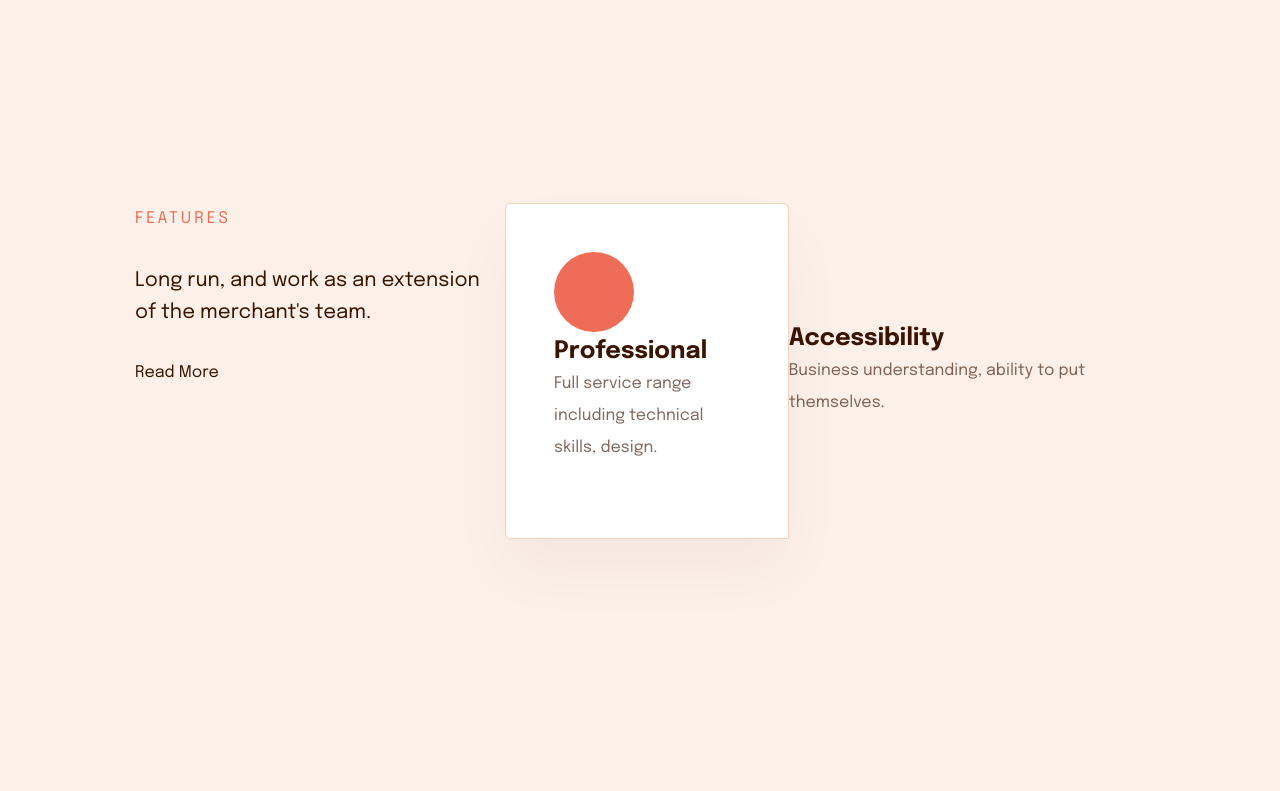
Repository: kubrazamanova/Project-7
Page: index.html
The author's editor kept a copy of each file at every save. The page is drawn from the files as they stood at one save, then again after the next save.
The browser window is 1280 px wide. The pictures show the whole page.

Above is the page before, as saved 2023-09-23 10:35:04.

### index.html
<!DOCTYPE html>
<html lang="en">
  <head>
    <meta charset="UTF-8" />
    <meta name="viewport" content="width=device-width, initial-scale=1.0" />
    <link rel="stylesheet" href="index.css" />
    <title>Document</title>
  </head>
  <body>
    <div class="container">
      <div class="box">
        <h1>Features</h1>
        <p>Long run, and work as an extension of the merchant's team.</p>
        <a href="#">Read More</a>
      </div>

      <ul>
        <li class="white-box">

            <svg
              xmlns="http://www.w3.org/2000/svg"
              width="80"
              height="80"
              viewBox="0 0 80 80"
              fill="none"
            >
              <circle cx="40" cy="40" r="40" fill="#EF6C57" />
            </svg>
            <h2>Professional</h2>
            <span>Full service range including technical skills, design.</span>

        </li>
        <li>

            <h2>Accessibility</h2>
            <span>Business understanding, ability to put themselves.</span>

        </li>
      </ul>
    </div>
  </body>
</html>

### index.css
@import url("https://fonts.googleapis.com/css2?family=Epilogue:wght@400;700&display=swap");
* {
  margin: 0;
  padding: 0;
  box-sizing: border-box;
}

.container {
  padding: 203px 182px 252px 135px;
  background: #fdf0e9;
  min-height: 100vh;
  display: flex;
}

.container .box h1 {
  margin-bottom: 30px;
  color: var(--Text_Dark_Accent, #ef6d58);
  font-feature-settings: "clig" off, "liga" off;
  font-family: Epilogue;
  font-size: 16px;
  font-style: normal;
  font-weight: 400;
  line-height: 32px;
  letter-spacing: 3px;
  text-transform: uppercase;
}

.container .box p {
  width: 370px;
  color: var(--Text_Dark, #391400);
  font-feature-settings: "clig" off, "liga" off;
  font-family: Epilogue;
  font-size: 20px;
  font-style: normal;
  font-weight: 400;
  line-height: 32px;
}

.container .box a {
  margin-top: 28px;
  display: block;
  color: var(--Text_Dark, #391400);
  font-feature-settings: "clig" off, "liga" off;
  font-family: Epilogue;
  font-size: 16px;
  font-style: normal;
  font-weight: 400;
  line-height: 32px;
  text-decoration: none;
}
ul {
  /* padding: 0 134px; */
  display: flex;
  align-items: center;
}

ul li {
  list-style-type: none;
}
.container li h2 {
  color: var(--Text_Dark, #391400);
  font-feature-settings: "clig" off, "liga" off;
  font-family: Epilogue;
  font-size: 24px;
  font-style: normal;
  font-weight: 700;
  line-height: 32px;
}

.container li span {
  width: 240px;
  color: var(--Text_Dark_Gray, rgba(57, 20, 0, 0.64));
  font-feature-settings: "clig" off, "liga" off;
  font-family: Epilogue;
  font-size: 16px;
  font-style: normal;
  font-weight: 400;
  line-height: 32px;
}



.white-box {
  width: 336px;
  height: 336px;
  padding: 48px 48px 46px 48px;
  background-color: white;
  width: 336px;
  height: 336px;
  border-radius: 6px 6px 0px 6px;
  border: 1px solid #f3d1bf;
  box-shadow: 0px 32px 64px 0px rgba(57, 20, 0, 0.04);
}

.white-box .box-3 h2 {
  margin-top: 41px;
}

.white-box .box-3 span {
  margin-top: 19px;
}

After the next save:
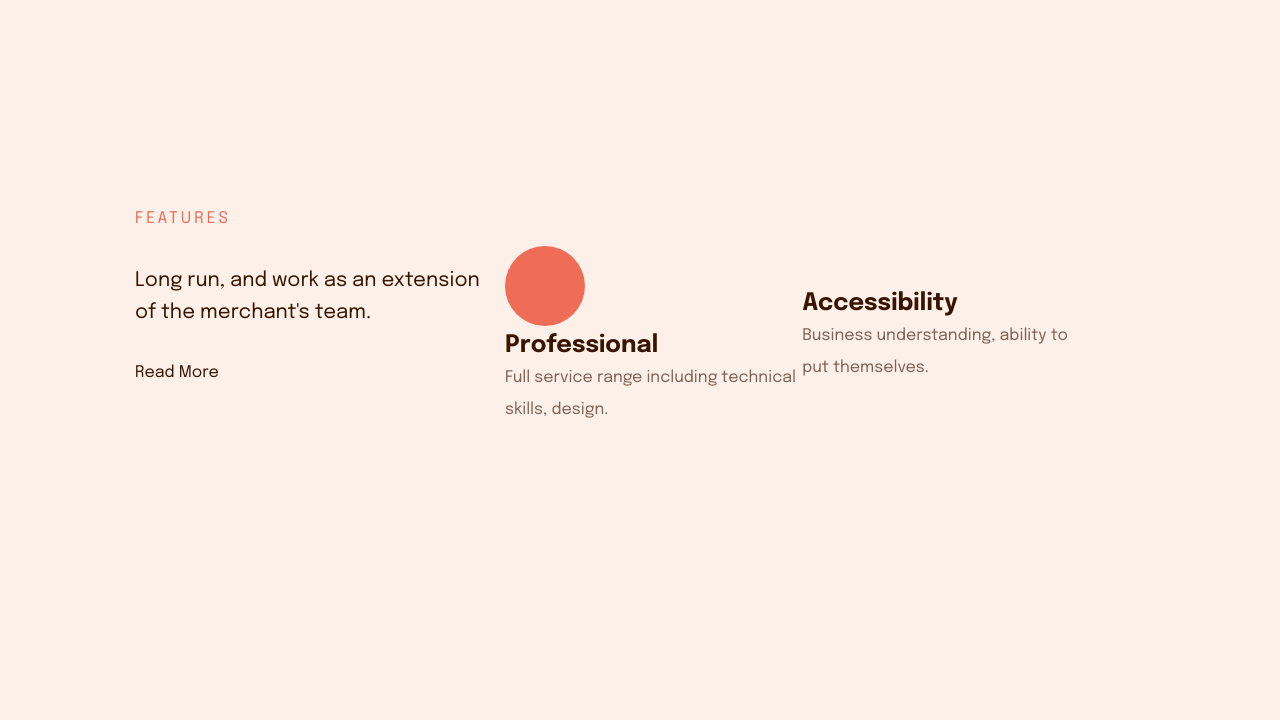
Saved 17 s later.
--- a/index.html
+++ b/index.html
@@ -15,7 +15,7 @@
       </div>
 
       <ul>
-        <li class="white-box">
+        <li >
 
             <svg
               xmlns="http://www.w3.org/2000/svg"
